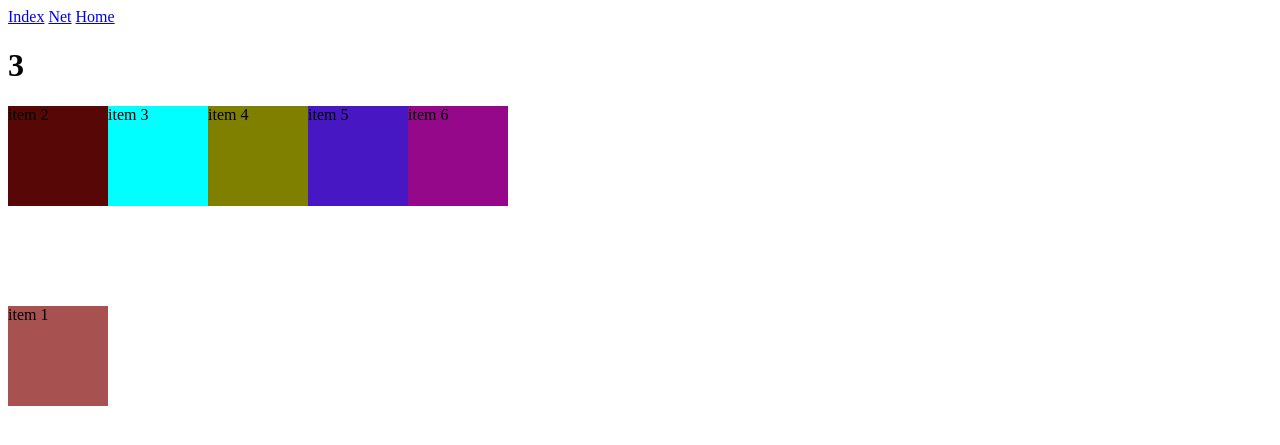
Repository: Nguyen-Toan-2004/du-an-test
Page: product.htm
An editor plug-in stored every save of this project. The page is shown before and after the next save, followed by the edit.
The browser window is 1280 px wide. The pictures show the whole page.

Above is the page before, as saved 2025-10-22 19:46:08.

### product.htm
<!DOCTYPE html>
<html lang="en">
  <head>
    <meta charset="UTF-8" />
    <meta name="viewport" content="width=device-width, initial-scale=1.0" />
    <title>Product</title>
  </head>
  <body>
    <a href="index.html">Index</a>
    <a href="net.htm">Net</a>
    <a href="home.html">Home</a>
    <h1>3</h1>
    <style>
      .container {
        display: grid;
        grid-template-columns: repeat(5, 100px);
        grid-template-rows: repeat(3, 100px);
      }
      .box {
        background: #b46464;
        display: flex;
        justify-content: center;
        align-items: center;
      }
      .box1{
        background: #a85151;
        grid-row-start: 3;
        grid-row-end: 3;
      }
      .box2{
        background: #580707;
      }
      .box3{
        background: aqua;
      }
      .box4{
        background: olive;
      }
      .box5{
        background: #4817c4;
      }
      .box6{
        background: #96088a;
      }
    </style>
    <div class="container">
      <div class="box1">item 1</div>
      <div class="box2">item 2</div>
      <div class="box3">item 3</div>
      <div class="box4">item 4</div>
      <div class="box5">item 5</div>
      <div class="box6">item 6</div>
    </div>
  </body>
</html>

After the next save:
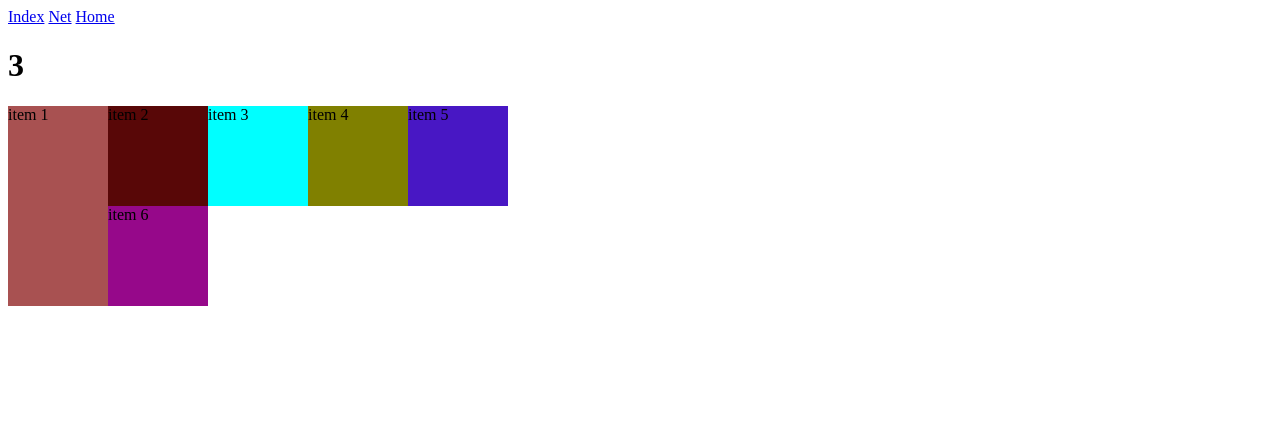
Saved 42 s later.
--- a/product.htm
+++ b/product.htm
@@ -24,7 +24,7 @@
       }
       .box1{
         background: #a85151;
-        grid-row-start: 3;
+        grid-row-start: 1;
         grid-row-end: 3;
       }
       .box2{
